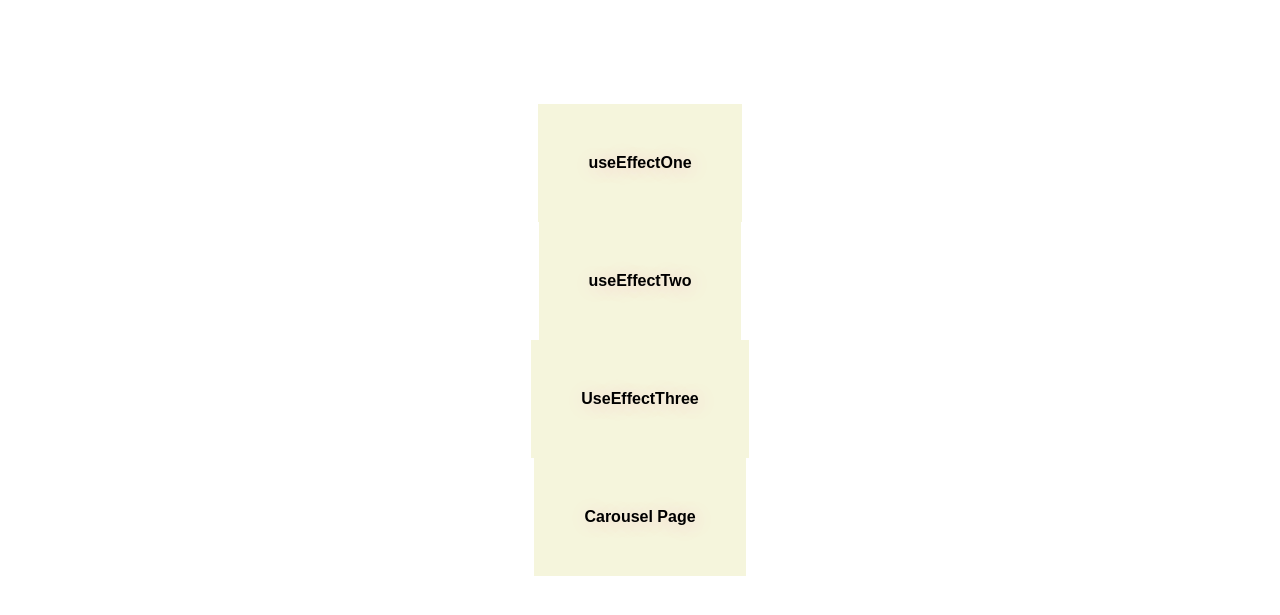
Repository: jjennbui/class8
Page: /
The author's editor kept a copy of each file at every save. The page is drawn from the files as they stood at one save, then again after the next save.
The browser window is 1280 px wide. The pictures show the whole page.
The project was rebuilt for these pictures with package versions that can differ from the ones it lists, and the page was loaded fresh each time. The framework's server and built-in components were replaced by stand-ins that run in the browser. Also part of the build but not shown: next.config.js.

Above is the page before, as saved 2023-02-20 17:38:05.

### pages/index.js
import Head from 'next/head'
import styles from '@/styles/Home.module.css'
import Link from 'next/link'


export default function Home() {
  return (
    <>
      <Head>
        <title>Create Next App</title>
        <meta name="description" content="Generated by create next app" />
        <meta name="viewport" content="width=device-width, initial-scale=1" />
        <link rel="icon" href="/favicon.ico" />
      </Head>

      <main className={styles.main}>
        <Link href="/useEffectOne" className={styles.text}>useEffectOne</Link>
        <Link href="/useEffectTwo" className={styles.text}>useEffectTwo</Link>
        <Link href="/useEffectThree" className={styles.text}>UseEffectThree</Link>
        <Link href="/carouselPage" className={styles.text}>Carousel Page</Link>
      </main>
    </>
  )
}

### styles/globals.css
:root {

}

### styles/Home.module.css
.main {

  display: flex;
  flex-direction: column;
  justify-content: space-between;
  align-items: center;
  padding: 6rem;
  min-height: 50vh;

}

.text{
  color: black;
  text-decoration: none;
  font-family: Arial, Helvetica, sans-serif;
  font-weight: bold;
  text-shadow: 2px 2px 20px pink;
  background-color: beige;
  padding: 50px;

}

Loaded but not shown: pages/_app.js (common file); pages/_document.js (common file)

After the next save:
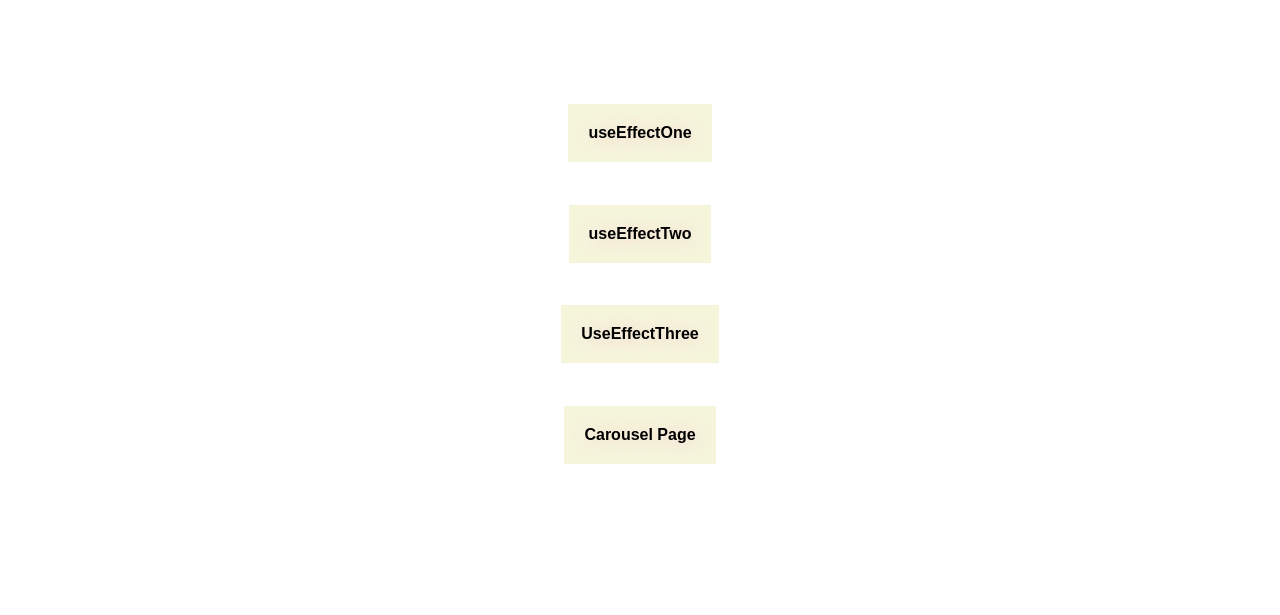
Saved 5 s later.
--- a/styles/Home.module.css
+++ b/styles/Home.module.css
@@ -16,6 +16,6 @@
   font-weight: bold;
   text-shadow: 2px 2px 20px pink;
   background-color: beige;
-  padding: 50px;
+  padding: 20px;
 
 }
